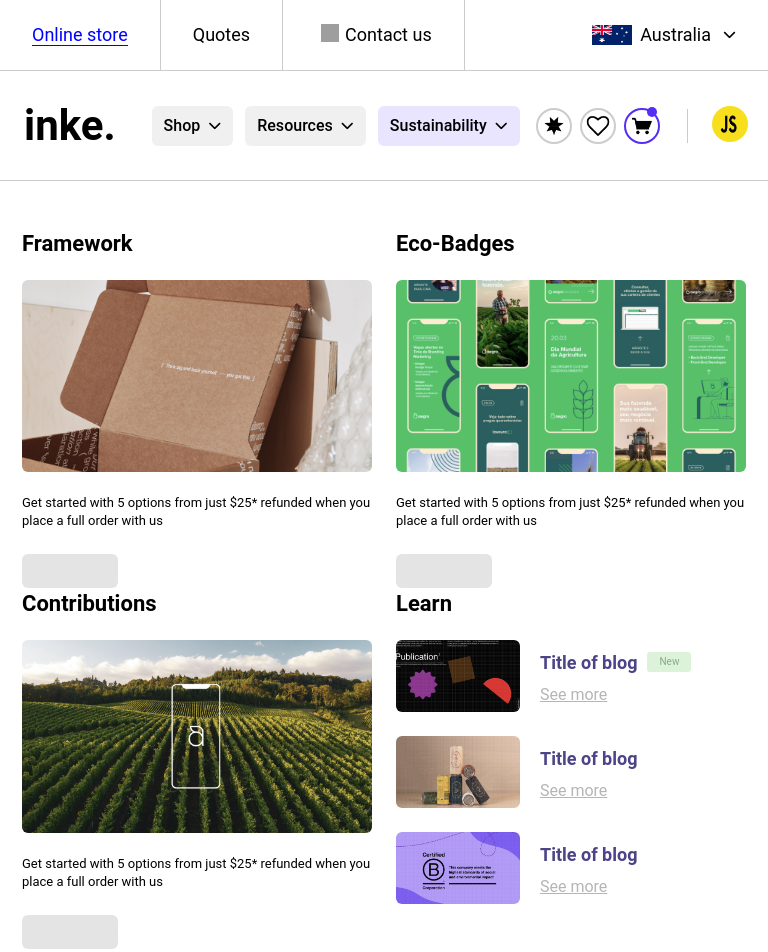
Repository: NguyenMinhKhanhB1909929/Practice_HTML-01
Page: index.html
These files come from the project's save history. The page is drawn as it stood at one moment and after the next save; the edit follows.
The browser window is 768 px wide. The pictures show the whole page.
Pictures or frames that could not be fetched are drawn as grey boxes. Some web libraries are served in a nearby version.

Above is the page before, as saved 2022-04-07 19:11:19.

### index.html
<!DOCTYPE html>
<html lang="en">
  <head>
    <meta charset="UTF-8" />
    <meta http-equiv="X-UA-Compatible" content="IE=edge" />
    <meta name="viewport" content="width=device-width, initial-scale=1.0" />
    <title>Practice 1</title>
    <link rel="stylesheet" href="./asset/style/style.css" />
    <link
      rel="stylesheet"
      href="https://cdnjs.cloudflare.com/ajax/libs/font-awesome/6.1.1/css/all.min.css"
    />
  </head>
  <body>
    <div class="main">
      <div class="header">
        <div class="header__about">
          <div class="header__about-text">
            <a href="" class="active">Online store</a>
          </div>
          <div class="header__about-text">
            <a href="">Quotes</a>
          </div>
          <div class="header__about-text">
            <img
              src="https://emojipedia-us.s3.dualstack.us-west-1.amazonaws.com/thumbs/120/google/313/waving-hand_1f44b.png"
              alt=""
              class="header__about-text__img"
            />
            <p class="m-0">
              <a href="">Contact us</a>
            </p>
          </div>
        </div>
        <div class="header__nation">
          <div class="header__nation-wrap">
            <div class="header__nation-flag">
              <img
                src="./asset/img/Australia.svg.webp"
                alt="abc"
                class="header__nation-flag-img"
              />
            </div>
            <div class="header__nation-name">
              <p class="m-0">Australia</p>
            </div>
            <div class="header__nation-icon">
              <i class="fa-solid fa-chevron-down"></i>
            </div>
          </div>
        </div>
      </div>
      <nav class="nav">
        <div class="nav__category">
          <div class="nav__logo">
            <a href="" class="nav__logo-link">inke.</a>
          </div>

          <div class="nav__category-opt">
            <p class="nav__category-opt-name">Shop</p>
            <div class="nav__category-opt-icon">
              <i class="fa-solid fa-chevron-down"></i>
            </div>
          </div>

          <div class="nav__category-opt">
            <p class="nav__category-opt-name">Resources</p>
            <div class="nav__category-opt-icon">
              <i class="fa-solid fa-chevron-down"></i>
            </div>
          </div>
          <div class="nav__category-opt active-btn">
            <p class="nav__category-opt-name">Sustainability</p>
            <div class="nav__category-opt-icon">
              <i class="fa-solid fa-chevron-down"></i>
            </div>
          </div>
        </div>
        <div class="nav__wrap">
          <div class="nav__icon-wrap">
            <div class="nav__icon">
              <img
                src="./asset/img/seven-pointed-star-vector-icon-seven-pointed-star-icon-vector-seven-pointed-star-icon-seven-pointed-star-vector-icon-96183751.jpg"
                alt=""
                class="nav__icon-img"
              />
            </div>
            <div class="nav__icon">
              <img
                src="./asset/img/heart-icon-free-vector.jpg"
                alt=""
                class="nav__icon-img"
              />
            </div>
            <div class="nav__icon active-icon">
              <img
                src="./asset/img/cart-icon-20.jpg"
                alt=""
                class="nav__icon-img"
              />
            </div>
          </div>
          <div class="nav__dash-wrap">
            <div class="nav__das-group">
              <p class="m-0 nav__das-text">Dashboard</p>
              <div class="nav__dash-icon">
                <i class="fa-solid fa-chevron-down"></i>
              </div>
            </div>
            <div class="nav__dash-user">
              <img
                src="./asset/img/images.png"
                alt=""
                class="nav__dash-user-img"
              />
            </div>
          </div>
        </div>
      </nav>
      <div class="container">
        <div class="row">
          <div class="col">
            <div class="container__heading">
              <p class="m-0 container__heading-name">Framework</p>
            </div>
            <div class="container__content">
              <img
                src="./asset/img/image 1.PNG"
                alt=""
                class="container__content-img"
              />
              <p class="container__content-desc">
                Get started with 5 options from just $25* refunded when you
                place a full order with us
              </p>
            </div>
            <button class="btn"></button>
          </div>
          <div class="col">
            <div class="container__heading">
              <p class="m-0 container__heading-name">Eco-Badges</p>
            </div>
            <div class="container__content">
              <img
                src="./asset/img/image2.PNG"
                alt=""
                class="container__content-img"
              />
              <p class="container__content-desc">
                Get started with 5 options from just $25* refunded when you
                place a full order with us
              </p>
            </div>
            <button class="btn"></button>
          </div>
          <div class="col">
            <div class="container__heading">
              <p class="m-0 container__heading-name">Contributions</p>
            </div>
            <div class="container__content">
              <img
                src="./asset/img/image3.PNG"
                alt=""
                class="container__content-img"
              />
              <p class="container__content-desc">
                Get started with 5 options from just $25* refunded when you
                place a full order with us
              </p>
            </div>
            <button class="btn"></button>
          </div>
          <div class="col">
            <div class="container__heading">
              <p class="m-0 container__heading-name">Learn</p>
            </div>
            <div class="container__content">
              <div class="container__content-group">
                <div class="container__content-group-img">
                  <img
                    src="./asset/img/image4.PNG"
                    alt=""
                    class="content-img"
                  />
                </div>
                <div class="container__content-group-title-more">
                  <div class="container__content-title-group">
                    <p class="container__content-title">Title of blog</p>
                    <a class="container__content-title-btn">New</a>
                  </div>
                  <a href="" class="container__content-more">See more</a>
                </div>
              </div>
              <div class="container__content-group">
                <div class="container__content-group-img">
                  <img
                    src="./asset/img/image6.PNG"
                    alt=""
                    class="content-img"
                  />
                </div>
                <div class="container__content-group-title-more">
                  <p class="container__content-title">Title of blog</p>
                  <a href="" class="container__content-more">See more</a>
                </div>
              </div>
              <div class="container__content-group">
                <div class="container__content-group-img">
                  <img
                    src="./asset/img/image7.PNG"
                    alt=""
                    class="content-img"
                  />
                </div>
                <div class="container__content-group-title-more">
                  <p class="container__content-title">Title of blog</p>
                  <a href="" class="container__content-more">See more</a>
                </div>
              </div>
            </div>
          </div>
        </div>
      </div>
    </div>
  </body>
</html>

### asset/style/style.css
* {
  box-sizing: border-box;
  margin: 0;
  font-family: "Roboto", sans-serif;
}
.m-0 {
  margin: 0;
}
.main {
  width: 100%;
}
.header {
  padding: 0 30px;
  display: flex;
  font-size: 18px;
  justify-content: space-between;
  border-bottom: 1px solid #ccc;
}
.header__about {
  display: flex;
}
.header__about-text {
  padding: 24px 32px;
  display: flex;
  border-right: 1px solid #ccc;
}
.header__about-text:hover a {
  color: blue;
  cursor: pointer;
}
.header__about-text__img {
  width: 18px;
  height: 18px;
  display: flex;
  align-items: center;
  margin: 0 6px;
}
.header__nation-wrap {
  display: flex;
}
.header__nation-flag {
  display: flex;
  align-items: center;
}
.header__nation-flag-img {
  width: 40px;
}
.header__nation-name {
  padding: 24px 8px;
}
.header__nation-icon {
  display: flex;
  align-items: center;
  margin: 0 32px 0 4px;
  font-size: 13px;
}
.active {
  color: blue;
  border-bottom: 1px solid blue;
}
a {
  text-decoration: none;
  color: #000;
}

.nav {
  padding: 30px 62px;
  display: flex;
  font-size: 18px;
  justify-content: space-between;
  align-items: center;
  border-bottom: 1px solid #ccc;
}
.nav__category {
  display: flex;
  align-items: center;
}
.nav__logo {
  padding: 0 24px;
}
.nav__logo-link {
  font-size: 42px;
  font-weight: bold;
}
.nav__wrap {
  display: flex;
  align-items: center;
}
.nav__icon-wrap {
  display: flex;
  padding-right: 20px;
  position: relative;
  align-items: center;
  position: relative;
}

.nav__icon {
  width: 36px;
  height: 36px;
  border-radius: 100rem;
  border: 2px solid #ccc;
  display: flex;
  justify-content: center;
  align-items: center;
  margin-right: 8px;
}
.active-icon {
  border: 2px solid #552ef5;
  position: relative;
}
.active-icon::after {
  content: "";
  display: block;
  width: 10px;
  height: 10px;
  background-color: #552ef5;
  position: absolute;
  border-radius: 100rem;
  top: -3px;
  right: 1px;
}
.nav__icon-wrap::after {
  content: "";
  position: absolute;
  display: block;
  height: 34px;
  width: 1px;
  background-color: #ccc;
  right: 0;
  top: 50%;
  transform: translateY(-50%);
}
.nav__dash-wrap {
  display: flex;
  align-items: center;
}
.nav__das-text {
  margin-left: 28px;
}
.nav__dash-icon {
  font-size: 13px;
  margin: 0 12px;
}

.nav__category-opt {
  width: 140px;
  height: 40px;
  border-radius: 6px;
  border: none;
  background-color: #f0f0f0;
  margin-left: 12px;
  padding: 0 12px;
  display: flex;
  align-items: center;
  justify-content: space-between;
  font-size: 16px;
  font-weight: 500;
}
.nav__category-opt:hover {
  background-color: #eae5ff;
}
.nav__category-opt-icon {
  font-size: 13px;
  font-weight: bold;
}
.nav__dash-user {
  margin-left: 8px;
}
.nav__dash-user-img {
  width: 36px;
  border-radius: 100rem;
  height: 36px;
}
.nav__icon-img {
  width: 28px;
  height: 28px;
  border-radius: 100rem;
}
.active-btn {
  background-color: #eae5ff;
}
.container {
  margin: 0 120px;
  padding: 50px 0 0 0;
}
.row {
  display: flex;
}
.col {
  width: 25%;
  padding: 0 12px;
}
.container__heading {
}

.container__heading-name {
  font-size: 22px;
  font-weight: 600;
}
.container__content {
  margin-top: 24px;
}
.container__content-img {
  width: 100%;
  border-radius: 6px;
  margin-bottom: 18px;
}
.container__content-desc {
  font-size: 13px;
  line-height: 18px;
}
.btn {
  height: 34px;
  width: 96px;
  background-color: #e4e4e4;
  border: none;
  border-radius: 6px;
  margin-top: 24px;
}
.container__content-group {
  display: flex;
  margin-bottom: 20px;
}
.container__content-group-img {
  margin-right: 20px;
}
.content-img {
  height: 72px;
  width: 124px;
  border-radius: 6px;
}
.container__content-group-title-more {
  display: flex;
  flex-direction: column;
  justify-content: space-evenly;
}
.container__content-title-group {
  display: flex;
}
.container__content-title {
  font-size: 18px;
  font-weight: 600;
  color: #4d4488;
  margin-right: 10px;
}
.container__content-title-btn {
  font-size: 10px;
  background-color: #ddf3d9;
  width: 44px;
  height: 20px;
  border-radius: 3px;
  text-align: center;
  line-height: 20px;
  color: #84aa90;
}
.container__content-more {
  font-size: 16px;
  color: #b5b5b5;
  text-decoration: underline;
}
.nav__das-group {
  display: flex;
  align-items: center;
}

/* ---------------------Responsive------------------- */
/* PC */
@media screen and (min-width: 64em) {
  * {
    color: blue;
  }
}
/* Tablet */
@media screen and (min-width: 46.25em) and (max-width: 63.9375em) {
  /* Header */
  .header {
    padding: 0 0;
  }
  /* Nav */
  .nav {
    padding-left: 0;
    padding-right: 0;
  }
  .nav__das-group {
    display: none;
  }
  .nav__category-opt {
    width: auto;
  }
  .nav__category-opt-name {
    margin-right: 8px;
  }
  .nav__dash-user {
    margin-left: 24px;
    margin-right: 20px;
  }
  /* Container */
  .container {
    margin: 0 10px;
  }
  .row {
    flex-wrap: wrap;
  }
  .col {
    width: 50%;
  }
}

/* Mobile */
@media screen and (max-width: 46.1875em) {
  * {
    color: red;
  }
}

After the next save:
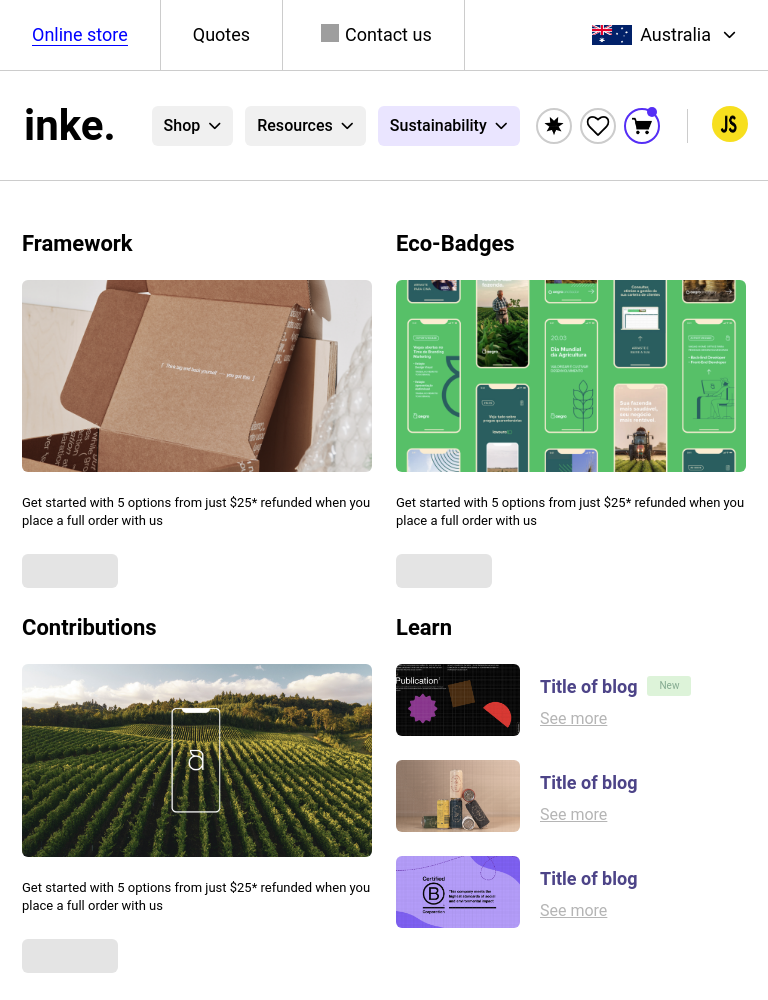
Saved 57 s later.
--- a/asset/style/style.css
+++ b/asset/style/style.css
@@ -303,6 +303,7 @@ a {
   }
   .col {
     width: 50%;
+    margin-bottom: 24px;
   }
 }
 
